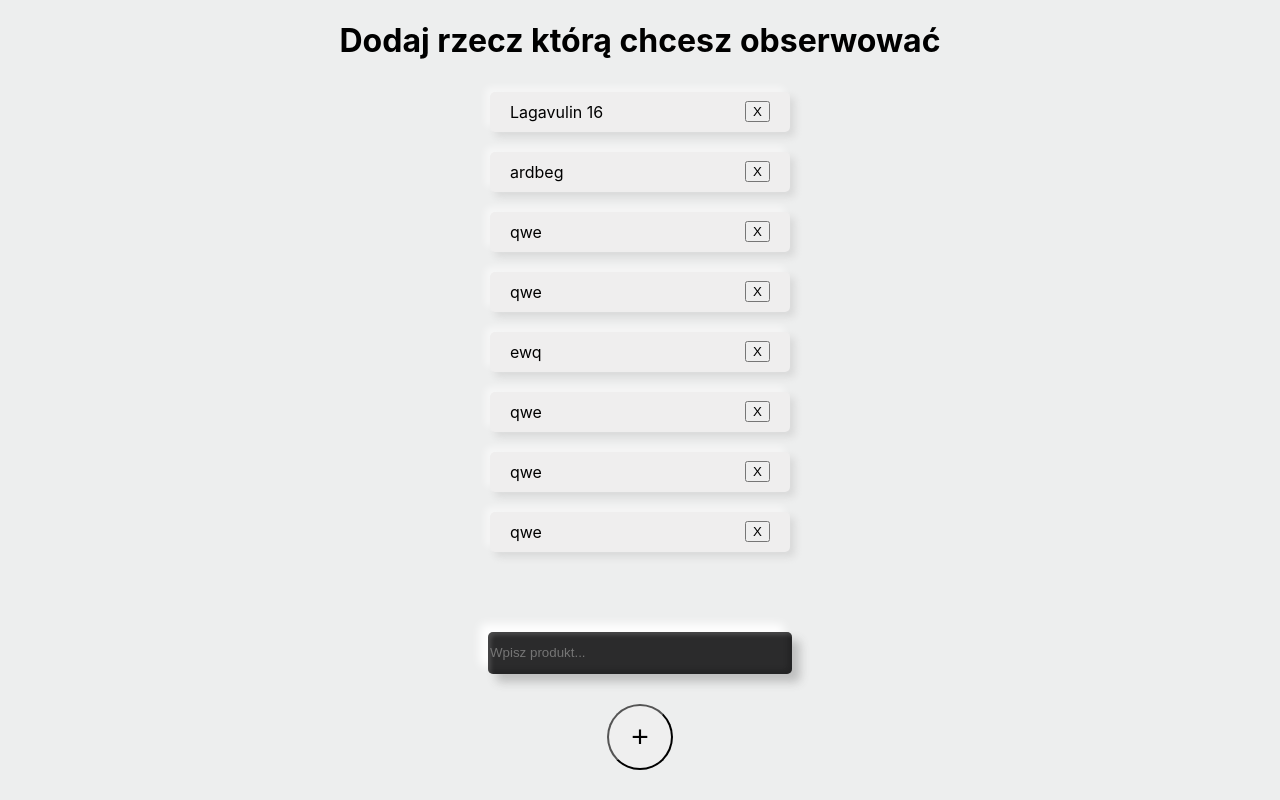
Repository: matedoo/crawler
Page: /MainApp
These files come from the project's save history. The page is drawn as it stood at one moment and after the next save; the edit follows.
The browser window is 1280 px wide. The pictures show the whole page.
The project was rebuilt for these pictures with package versions that can differ from the ones it lists, and the page was loaded fresh each time. Requests to the local data server were answered from the project's data file. Also part of the build but not shown: src/Components/button.js, src/Components/LoginComponents/LoginApp.js, src/Components/LoginComponents/RegisterApp.js, src/Components/btnContainer.js, src/Components/heading.js, src/Components/LoginComponents/StartApp.js.

Above is the page before, as saved 2020-05-01 19:08:02.

After the next save:
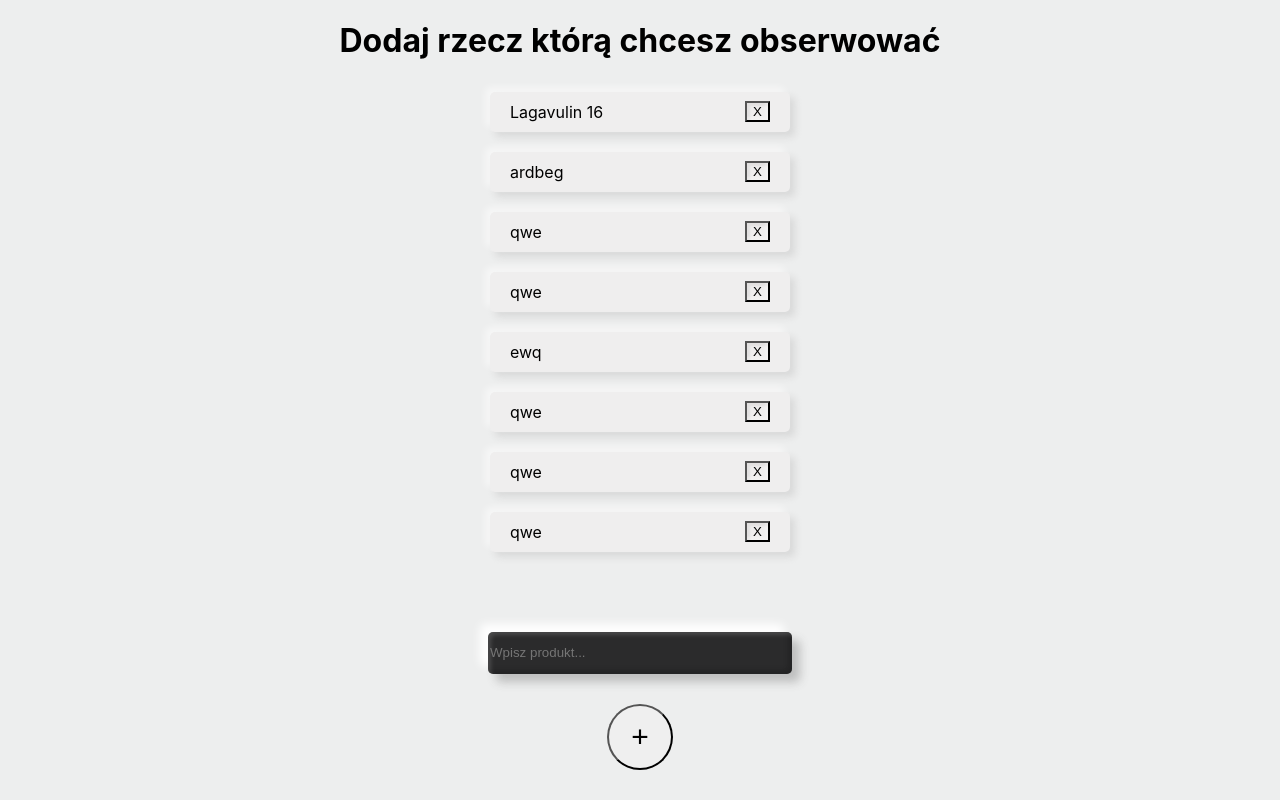
Saved 4 min 21 s later.
--- a/src/Components/MainApp/MainAppElement.js
+++ b/src/Components/MainApp/MainAppElement.js
@@ -6,7 +6,7 @@ function MainAppElement(props){
     return(
         <ElementStyled value={value}>
             {element}
-            <button onClick={ () => handleCloseClick(value)}>X</button>
+            <ElementDeleteStyled onClick={ () => handleCloseClick(value)}>X</ElementDeleteStyled>
         </ElementStyled>
 
     )
@@ -26,3 +26,7 @@ const ElementStyled = styled.div`
   padding: 0 20px 0 20px;
   background-color: #efeeee;
 `
+const ElementDeleteStyled = styled.button`
+  box-shadow: inset -3px -3px 2px 0 rgba(255, 255, 255, 0.25), inset 3px 3px 2px 0 rgba(194, 193, 192, 0.3);
+  background-color: #efeeee;
+`
